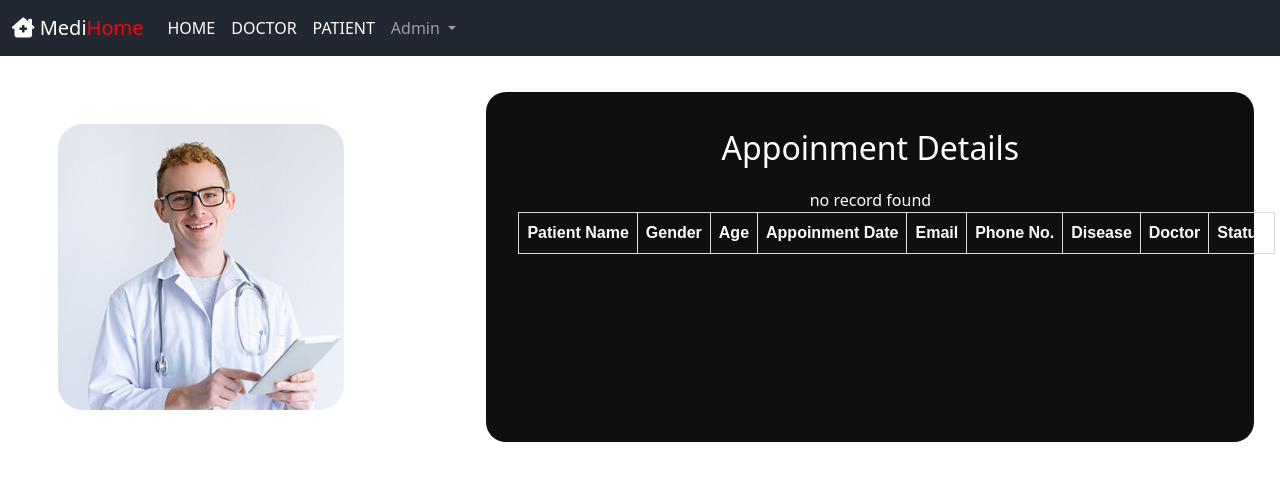
Repository: SparshGarg1/Hospital-Management-System
Page: http://localhost/Hospital/adminpatient.jsp
These files come from the project's save history. The page is drawn as it stood at one moment and after the next save; the edit follows.
The browser window is 1280 px wide. The pictures show the whole page.
Some web libraries are served in a nearby version. The page is served by Tomcat 9. Other server files are loaded and not shown. Queries for data that is not in the repository find no rows.

Above is the page before, as saved 2022-08-21 06:04:06.

### Hospital/WebContent/adminpatient.jsp
<%@page errorPage="component/error.jsp" %>
<%@ include file="component/db.jsp" %>
<%@page import="java.sql.Statement"%>
<%@page import="java.sql.ResultSet"%>
<%@ page language="java" contentType="text/html; charset=ISO-8859-1"
    pageEncoding="ISO-8859-1"%>
<!DOCTYPE html PUBLIC "-//W3C//DTD HTML 4.01 Transitional//EN" "http://www.w3.org/TR/html4/loose.dtd">
<html>
<head>
<style>
        @import url('https://fonts.googleapis.com/css2?family=Poppins&display=swap');

        .main{
            display: flex;
            flex-direction: row;
            justify-content: space-between;
            flex-wrap: wrap;
            height: 50vh;
        }
        table {
            font-family: arial, sans-serif;
            border-collapse: collapse;
            position: absolute;
            margin:auto;
        }

       .tr1 {
            border: 1px solid #dddddd;
            text-align: left;
            padding: 8px;
        }
        .show1{
            text-align: center;
            margin: 5vh 2vw;
            width:60%;
            background: rgb(15, 15, 15);
            border-radius: 20px;
            color: white;
            padding: 2em;
        }
        .contain{
            margin: 5vh 2vw;
            width:80%;

            width: 350px;

            border-radius: 20px;
            display: flex;
            justify-content: center;
            flex-direction: column;
            color: white;
            padding: 2em;
        }
        .head{
            font-size: 2em;
            margin-bottom: 0.5em;
        }
        .bo {
            margin: 0.2em 0;
        }
       .contain img{
       border-radius: 25px;
       }

        .loginBtn{
            width: 102%;
            height: 40px;
            border: none;
            border-radius: 10px;
            margin: 0.5em 0;
            transform: translate(-1%);
            cursor: pointer;
            color: white;
            background: linear-gradient(to right, #ff416c, #ff4b2b);
            transition: all .4s;
        }

        .loginBtn:hover{
            transform: translate(-1%, 5%);
            box-shadow: 0 0 10px #ff416d65;
        }
        .text{
            font-size: 0.8em;
            margin-top: 0.5em;
            text-align: center;
            color: rgba(255, 255, 255, 0.623);
        }
        .text a{
            color: rgba(255, 255, 255, 0.911);
        }
        </style>
<%@ include file="component/allcss.jsp" %>
<meta http-equiv="Content-Type" content="text/html; charset=ISO-8859-1">
<title>Insert title here</title>
</head>
<body>
<%
HttpSession ses=request.getSession();
String id=(String) ses.getAttribute("uid");
%>

<!-- Navbar -->
<nav class="navbar navbar-expand-lg navbar-dark" style="background-color:#222831;">
  <div class="container-fluid">
    <a class="navbar-brand" href="index.jsp"><i class="fas fa-clinic-medical"></i> Medi<span style="color:red;">Home</span></a>
    <button class="navbar-toggler" type="button" data-bs-toggle="collapse" data-bs-target="#navbarSupportedContent" aria-controls="navbarSupportedContent" aria-expanded="false" aria-label="Toggle navigation">
      <span class="navbar-toggler-icon"></span>
    </button>
    <div class="collapse navbar-collapse" id="navbarSupportedContent">
      <ul class="navbar-nav  mb-2 mb-lg-0">
        <li class="nav-item">
          <a class="nav-link active" aria-current="page" href="adminportal.jsp">HOME</a>
        </li>
        <li class="nav-item">
          <a class="nav-link active" aria-current="page" href="admindoctor.jsp">DOCTOR</a>
        </li>
        <li class="nav-item">
          <a class="nav-link active" aria-current="page" href="adminpatient.jsp">PATIENT</a>
        </li>
        <li class="nav-item dropdown">
          <a class="nav-link dropdown-toggle" href="#" id="navbarDropdown" role="button" data-bs-toggle="dropdown" aria-expanded="false">
            Admin
          </a>
          <ul class="dropdown-menu" aria-labelledby="navbarDropdown">
            <li><a class="dropdown-item" href="AdminLogout">Logout</a></li>
          </ul>
        </li>
      </ul>
    </div>
  </div>
</nav>


<section class="main">
    <div class="contain">
       <img alt="" src="img/doc-3.jpg">
    </div>
    <div class="show1">
        <p class="head">Appoinment Details</p>
        <table>
            <tr class="tr1">
              <th class="tr1">Patient Name</th>
              <th class="tr1">Gender</th>
              <th class="tr1">Age</th>
              <th class="tr1">Appoinment Date</th>
              <th class="tr1">Email</th>
              <th class="tr1">Phone No.</th>
              <th class="tr1">Disease</th>
              <th class="tr1">Doctor</th>
              <th class="tr1">Status</th>
            </tr>

            <%
             String qr1 = "select * from appoinment";
             Statement st1 = con.createStatement();
             ResultSet rs1 = st1.executeQuery(qr1);
             if(rs1.next())
             {
            	 do{
            	String Name = rs1.getString("name");
         		String Gender = rs1.getString("gender");
         		int Age = rs1.getInt("age");
         		String Appdate = rs1.getString("appdate");
         		String Email = rs1.getString("email");
         		String Mobile = rs1.getString("mobile");
         		String Doctor= "";
         		String Disease = rs1.getString("Disease");
         		String Doctorns = rs1.getString("doctor");
         		String Status = rs1.getString("status");
         		String qr2 = "select * from doctor where id=?";
                PreparedStatement ps2 = con.prepareStatement(qr2);
                int Doctorn = Integer.parseInt(Doctorns);
                ps2.setInt(1, Doctorn);
                ResultSet rs2 = ps2.executeQuery();
                if(rs2.next())
                {
                	Doctor = rs2.getString("name");
                }
         		%>
         		<tr class="tr1">
                <th class="tr1"><%=Name %></th>
                <th class="tr1"><%=Gender %></th>
                <th class="tr1"><%=Age %></th>
                <th class="tr1"><%=Appdate %></th>
                <th class="tr1"><%=Email %></th>
                <th class="tr1"><%=Mobile %></th>
                <th class="tr1"><%=Disease %></th>
                <th class="tr1"><%=Doctor %></th>
                <th class="tr1"><%=Status %></th>
              </tr>
              <%
            	 }while(rs1.next());
             }
             else{
            	 out.println("no record found");
             }
            %>

          </table>
    </div>
</section>

</body>
</html>

### Hospital/WebContent/component/db.jsp

<%@page import="java.sql.Connection" %>
<%@page import="java.sql.DriverManager" %>
<%@page import="java.sql.PreparedStatement" %>
<%
Class.forName("com.mysql.jdbc.Driver");
Connection con=DriverManager.getConnection("jdbc:mysql://localhost:3306/hos","root","sparsh1574");
%>

### Hospital/WebContent/component/allcss.jsp
<link rel="stylesheet" href="https://cdnjs.cloudflare.com/ajax/libs/font-awesome/6.1.2/css/all.min.css" integrity="sha512-1sCRPdkRXhBV2PBLUdRb4tMg1w2YPf37qatUFeS7zlBy7jJI8Lf4VHwWfZZfpXtYSLy85pkm9GaYVYMfw5BC1A==" crossorigin="anonymous" referrerpolicy="no-referrer" />
<link href="https://cdn.jsdelivr.net/npm/bootstrap@5.0.2/dist/css/bootstrap.min.css" rel="stylesheet" integrity="sha384-EVSTQN3/azprG1Anm3QDgpJLIm9Nao0Yz1ztcQTwFspd3yD65VohhpuuCOmLASjC" crossorigin="anonymous">
<script src="https://cdn.jsdelivr.net/npm/bootstrap@5.0.2/dist/js/bootstrap.bundle.min.js" integrity="sha384-MrcW6ZMFYlzcLA8Nl+NtUVF0sA7MsXsP1UyJoMp4YLEuNSfAP+JcXn/tWtIaxVXM" crossorigin="anonymous"></script>

After the next save:
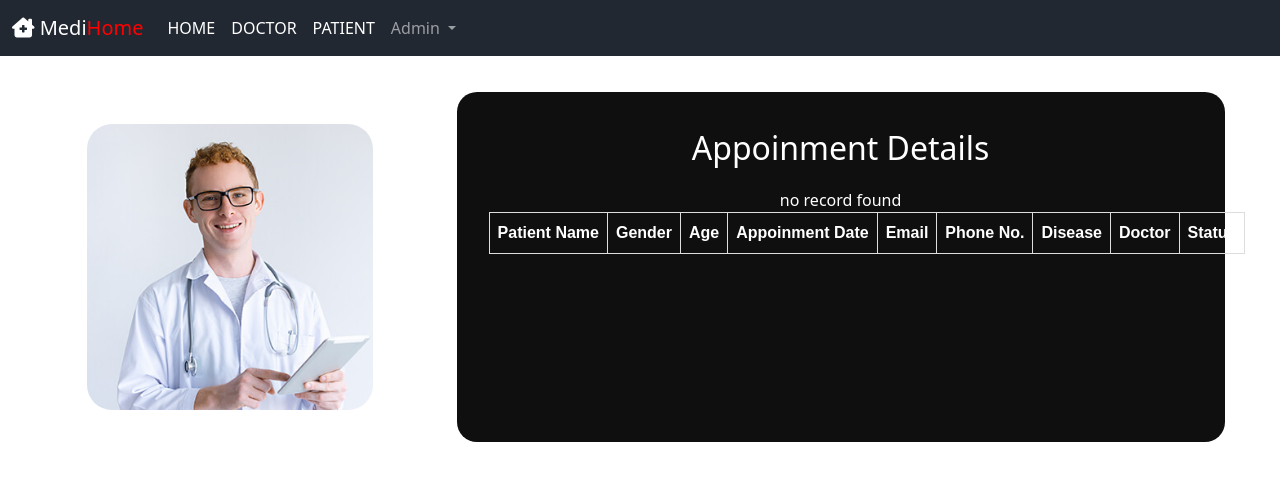
Saved 45 s later.
--- a/Hospital/WebContent/adminpatient.jsp
+++ b/Hospital/WebContent/adminpatient.jsp
@@ -13,7 +13,7 @@
         .main{
             display: flex;
             flex-direction: row;
-            justify-content: space-between;
+            justify-content: center;
             flex-wrap: wrap;
             height: 50vh;
         }
